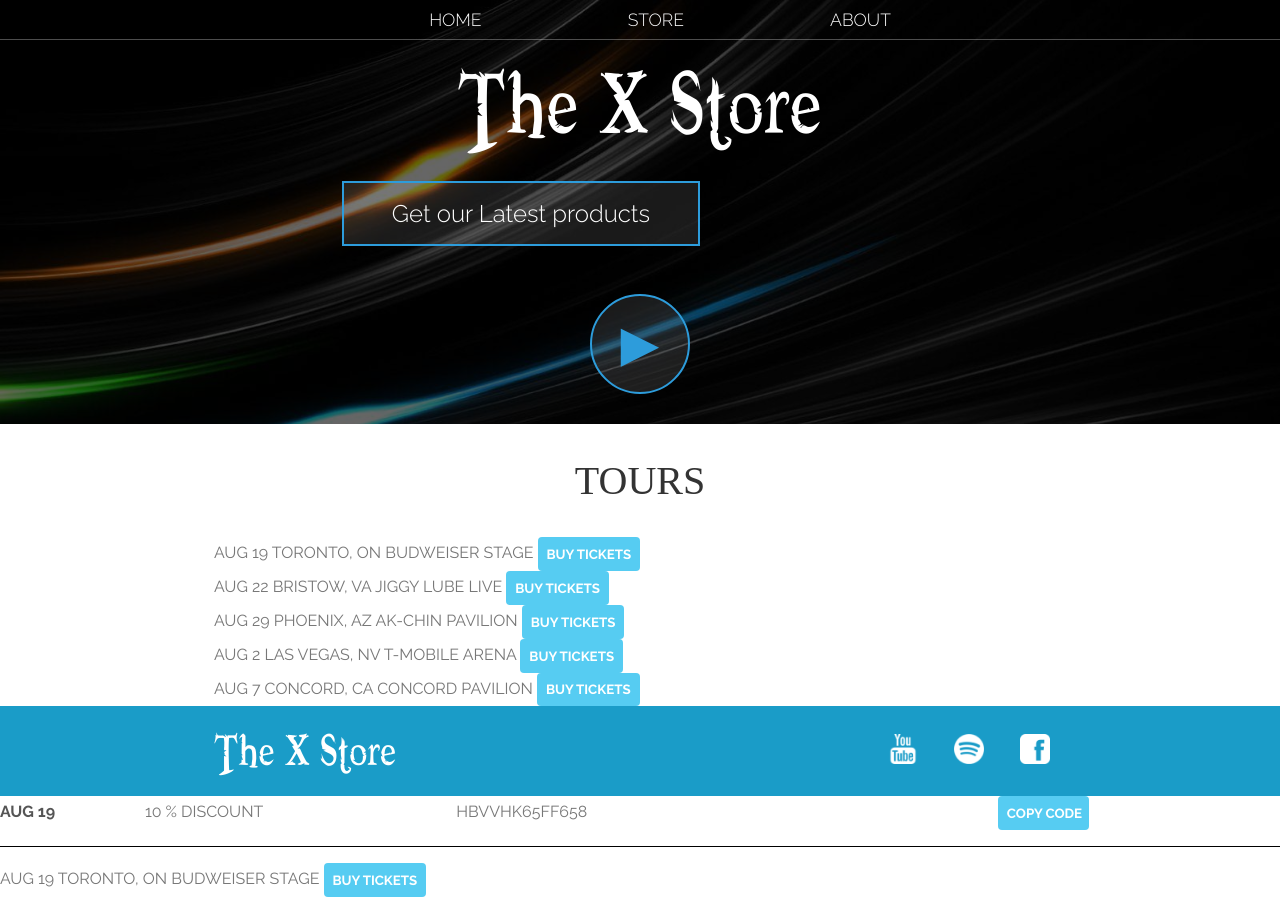
Repository: RL20/Strip_N_Shopping-cart
Page: index.html
An editor plug-in stored every save of this project. The page is shown before and after the next save, followed by the edit.
The browser window is 1280 px wide. The pictures show the whole page.
Some web fonts or font styles are not loaded; a fallback is used.

Above is the page before, as saved 2022-08-18 19:05:56.

After the next save:
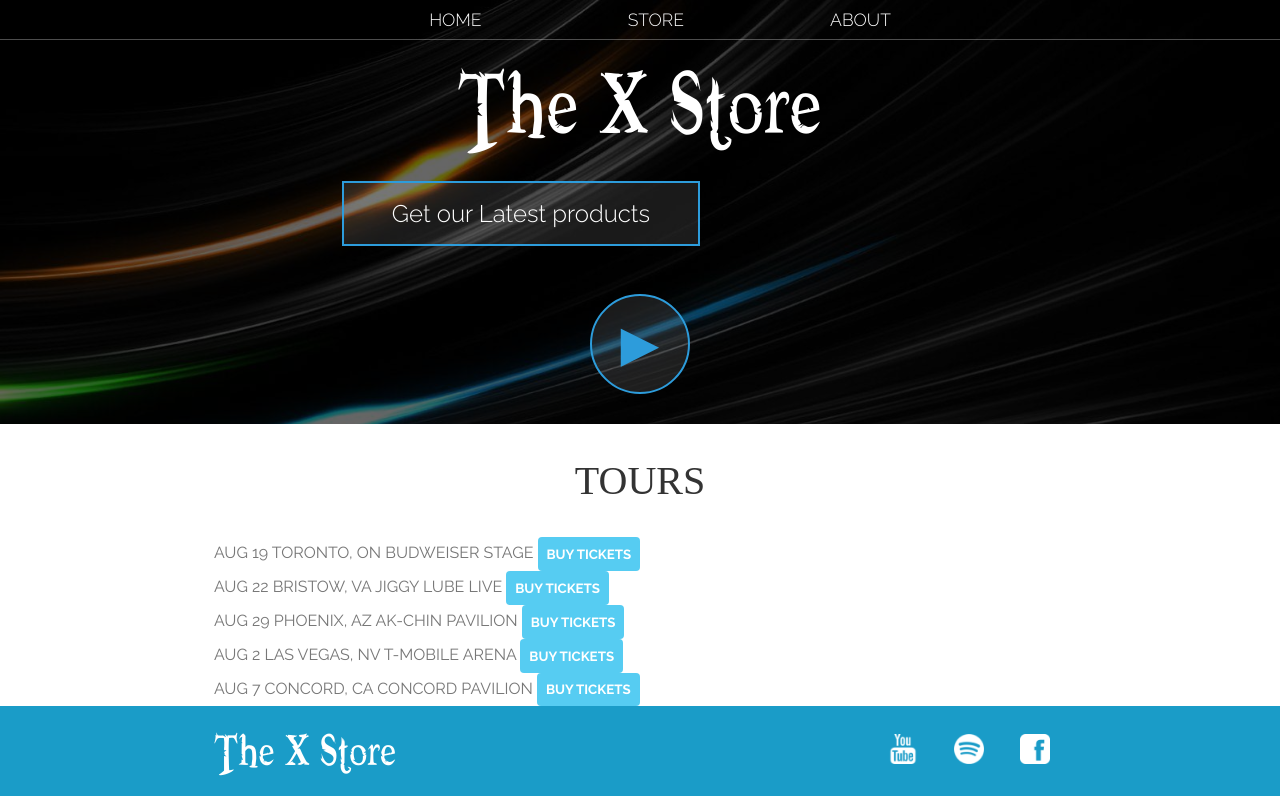
Saved 36 s later.
--- a/index.html
+++ b/index.html
@@ -80,7 +80,7 @@
   </body>
 </html>
 
-<div class="info-row">
+<!-- <div class="info-row">
   <span class="info-item info-date">AUG 19</span>
   <span class="info-item info-percent">10 % DISCOUNT</span>
   <span class="info-item info-coupon">HBVVHK65FF658</span>
@@ -91,4 +91,4 @@
   <span class="tour-item tour-city">TORONTO, ON</span>
   <span class="tour-item tour-arena">BUDWEISER STAGE</span>
   <button type="button" class="tour-item tour-btn btn btn-primary">BUY TICKETS</button>
-</div>
+</div> -->
